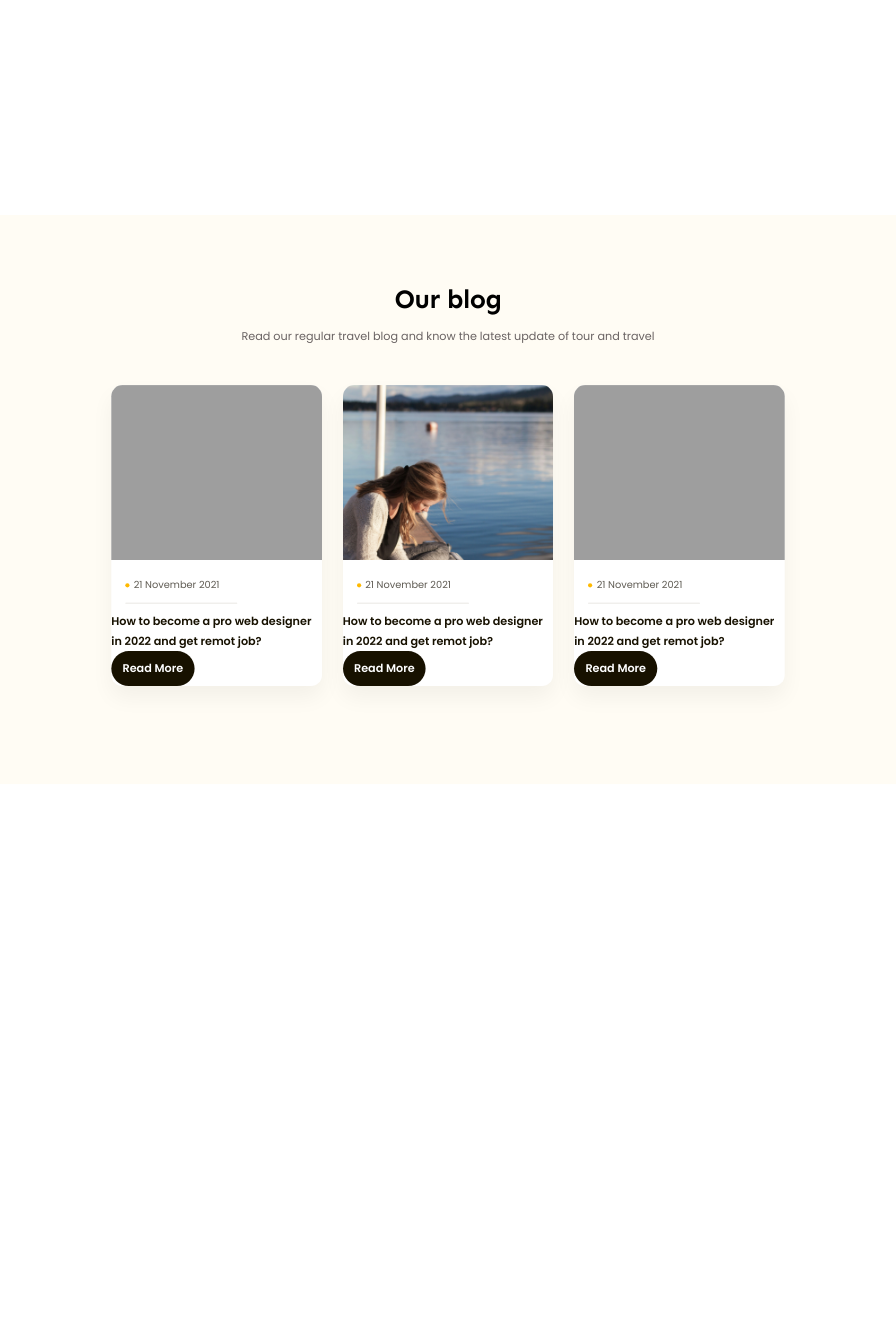
Repository: Toihoclaptrinh/duan1_figma
Page: index.html
These files come from the project's save history. The page is drawn as it stood at one moment and after the next save; the edit follows.
The browser window is 1280 px wide. The pictures show the part of the page from y = 3673 to 5593 px (the page is 10000 px tall), at 70% of full size.
Pictures or frames that could not be fetched are drawn as grey boxes.

Above is the page before, as saved 2024-02-17 10:30:19.

After the next save:
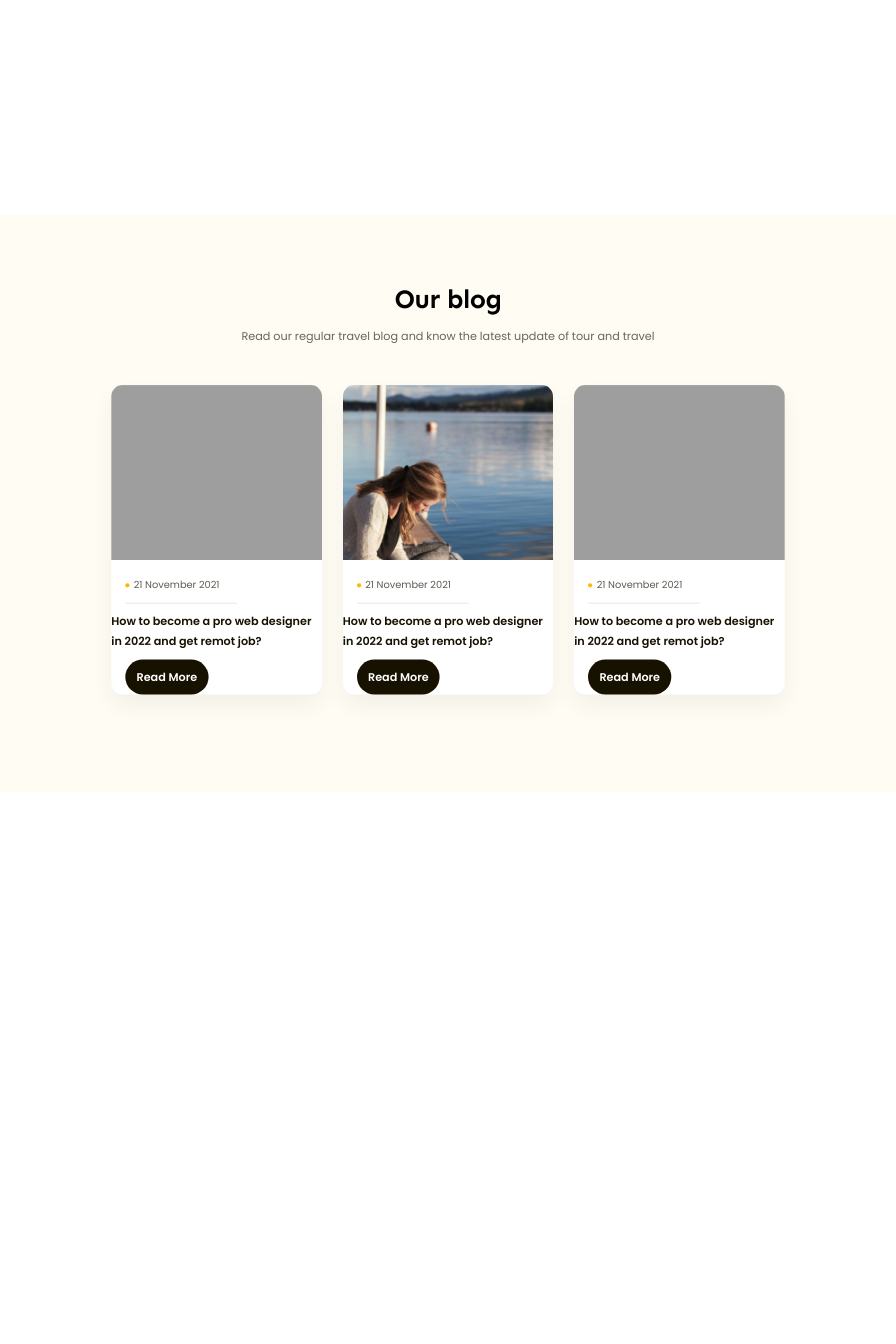
Saved 65 s later.
--- a/assets/css/style.css
+++ b/assets/css/style.css
@@ -680,3 +680,8 @@ a {
   line-height: 1.75;
   margin-top: 25px;
 }
+
+.blog-item .blog-content .btn {
+  margin-top: 12px;
+  margin-left: 20px;
+}
